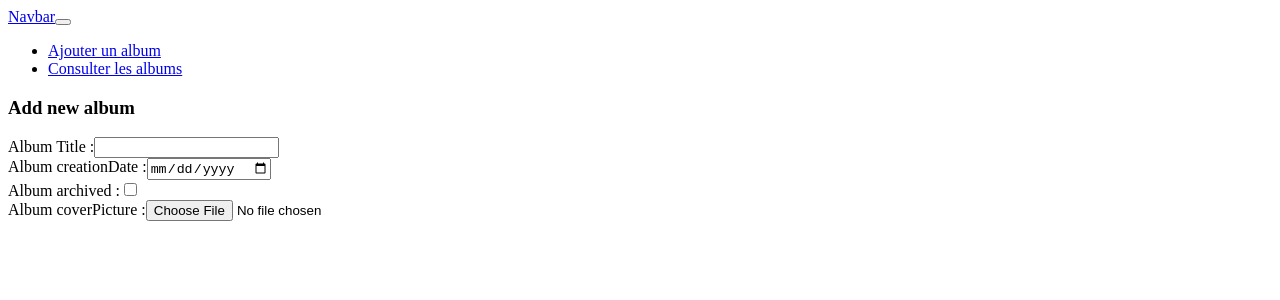
Repository: yassinecher/TestCC4SAE6
Page: /albums/add
The author's editor kept a copy of each file at every save. The page is drawn from the files as they stood at one save, then again after the next save.
The browser window is 1280 px wide. The pictures show the whole page.
The project was rebuilt for these pictures with package versions that can differ from the ones it lists, and the page was loaded fresh each time. Also part of the build but not shown: angular.json, src/app/components/albums/albums.component.ts, src/app/components/not-found/not-found.component.ts.

Above is the page before, as saved 2024-12-20 14:37:06.

After the next save:
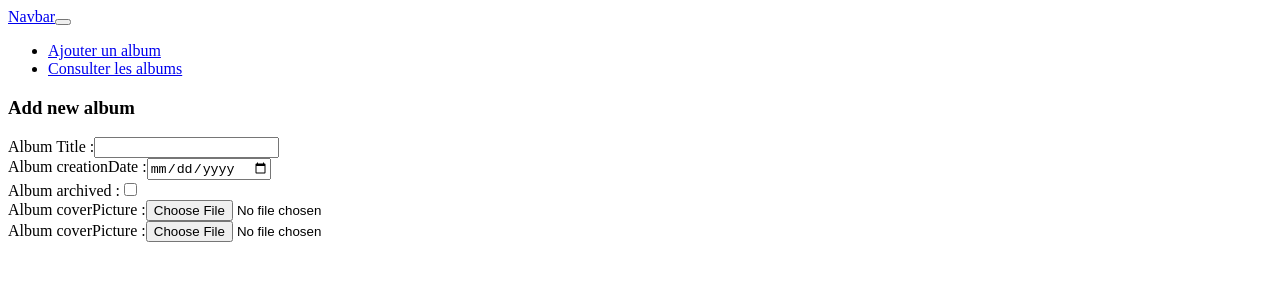
Saved 63 s later.
--- a/src/app/components/add-albums/add-albums.component.html
+++ b/src/app/components/add-albums/add-albums.component.html
@@ -41,6 +41,17 @@
                         album number invalid</div>
                 </div>
             </div>
+            <div class="mb-3">
+                <label>Album coverPicture :</label>
+                <input type="file"   class="form-control" formControlName="coverPicture">
+                <div class="alert alert-danger" *ngIf="album.get('coverPicture')!.invalid
+                && (album.get('coverPicture')!.touched||album.get('coverPicture')!.dirty)">
+                    <div *ngIf="album.get('coverPicture')!.hasError('required')">
+                        album number is required</div>
+                    <div *ngIf="album.get('coverPicture')!.hasError('pattern')">
+                        album number invalid</div>
+                </div>
+            </div>
         </form>
     </div>
 </div>
